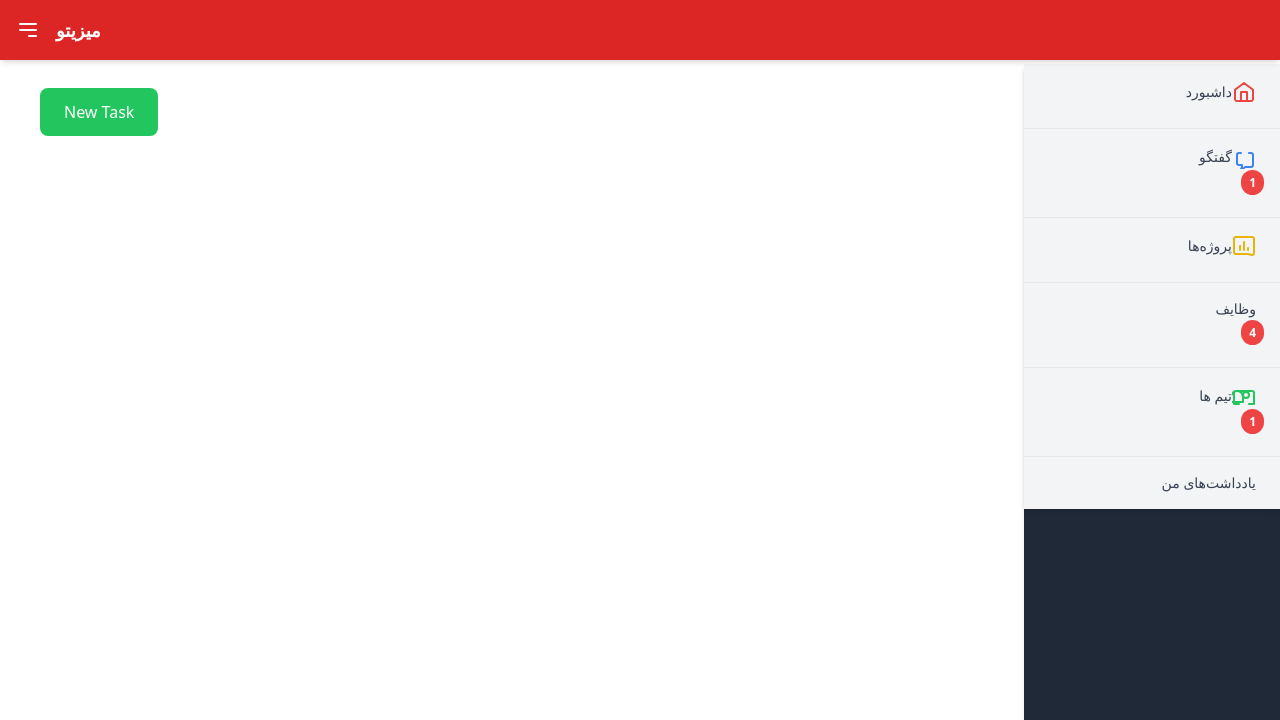
Repository: spnovaa/work-hive
Page: /tasks (app in front_end/)
The author's editor kept a copy of each file at every save. The page is drawn from the files as they stood at one save, then again after a run of saves.
The browser window is 1280 px wide. The pictures show the whole page.
The page's requests for data from a server got no answer. The project was rebuilt for these pictures with package versions that can differ from the ones it lists, and the page was loaded fresh each time. No one was signed in, and anything a server would have sent is missing. Also part of the build but not shown: front_end/src/api/auth.js, front_end/src/components/loadingSpinner.jsx, front_end/src/pages/login.jsx, front_end/src/pages/registration.jsx, front_end/src/components/profile/profileSettingsModal.jsx, front_end/src/components/profile/dropdown.jsx, front_end/src/components/profile/profileSection.jsx, front_end/src/pages/home.jsx and 10 more.

Above is the page before, as saved 2025-01-18 14:08:24.

After the next 2 saves:
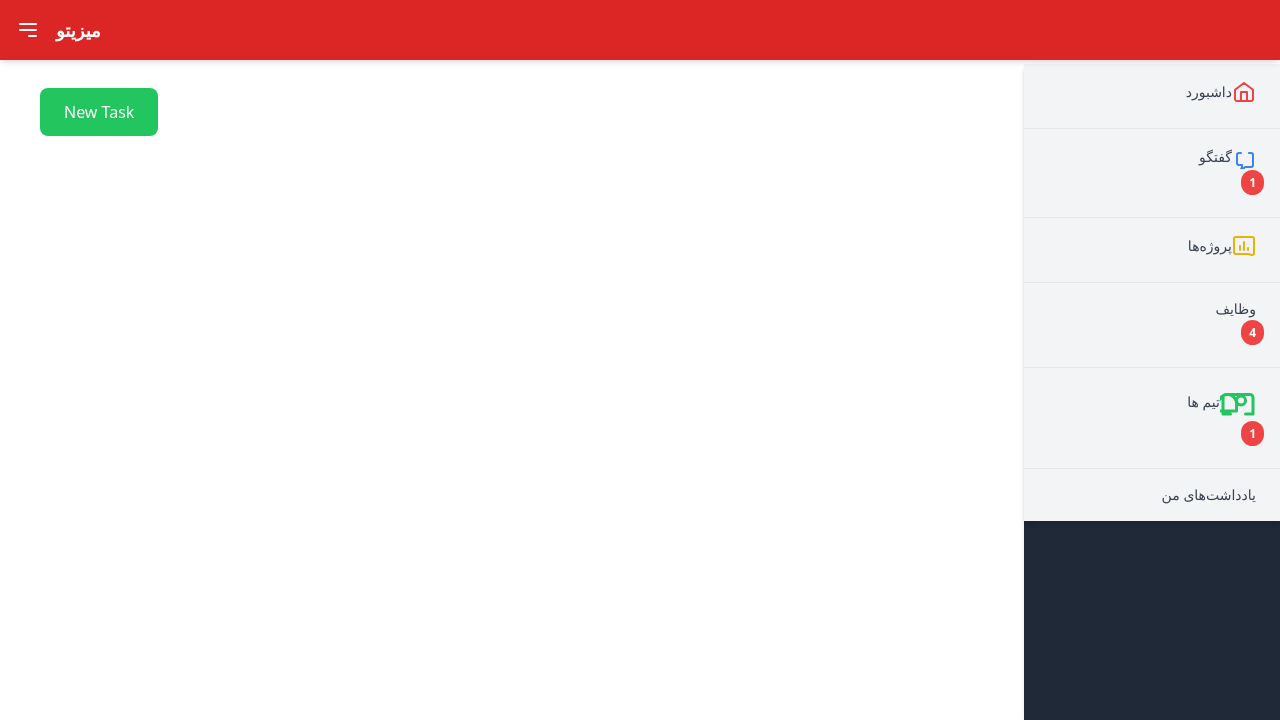
The 2 saves are shown as one change because they came seconds apart.
The last was saved 65 s later.
--- a/front_end/src/components/dashboardSidebar.jsx
+++ b/front_end/src/components/dashboardSidebar.jsx
@@ -111,7 +111,7 @@ function DashboardSidebar() {
               icon={
                 <svg
                   xmlns="http://www.w3.org/2000/svg"
-                  className="h-6 w-6 text-green-500"
+                  className="h-9 w-9 text-green-500"
                   fill="none"
                   viewBox="0 0 24 24"
                   stroke="currentColor"
